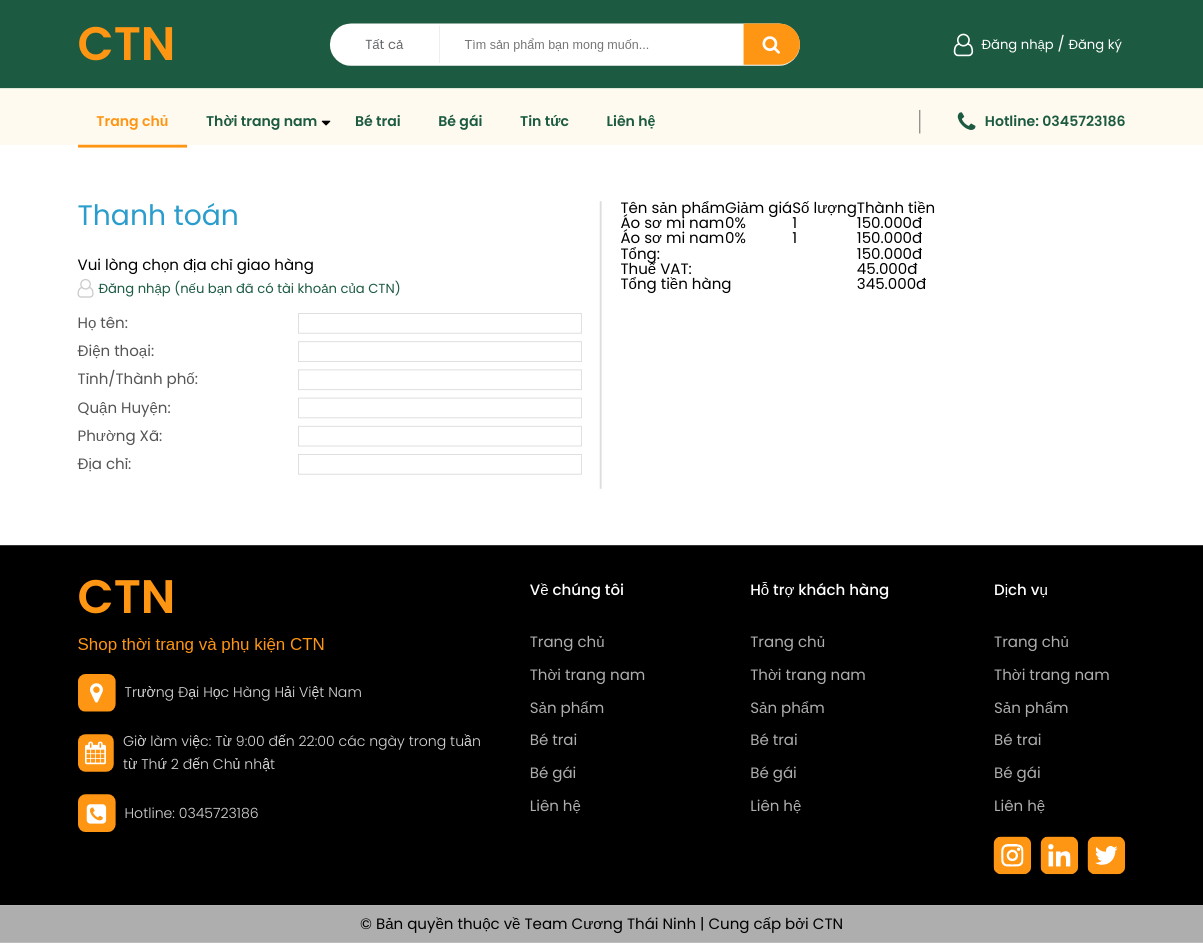
Repository: cuongchua2k2/BaiTapLon-web
Page: deliver.html
These files come from the project's save history. The page is drawn as it stood at one moment and after the next save; the edit follows.
The browser window is 1280 px wide. The pictures show the whole page, at 94% of full size.

Above is the page before, as saved 2023-12-23 14:38:43.
Console error: TypeError: Cannot read properties of null (reading 'style')

After the next save:
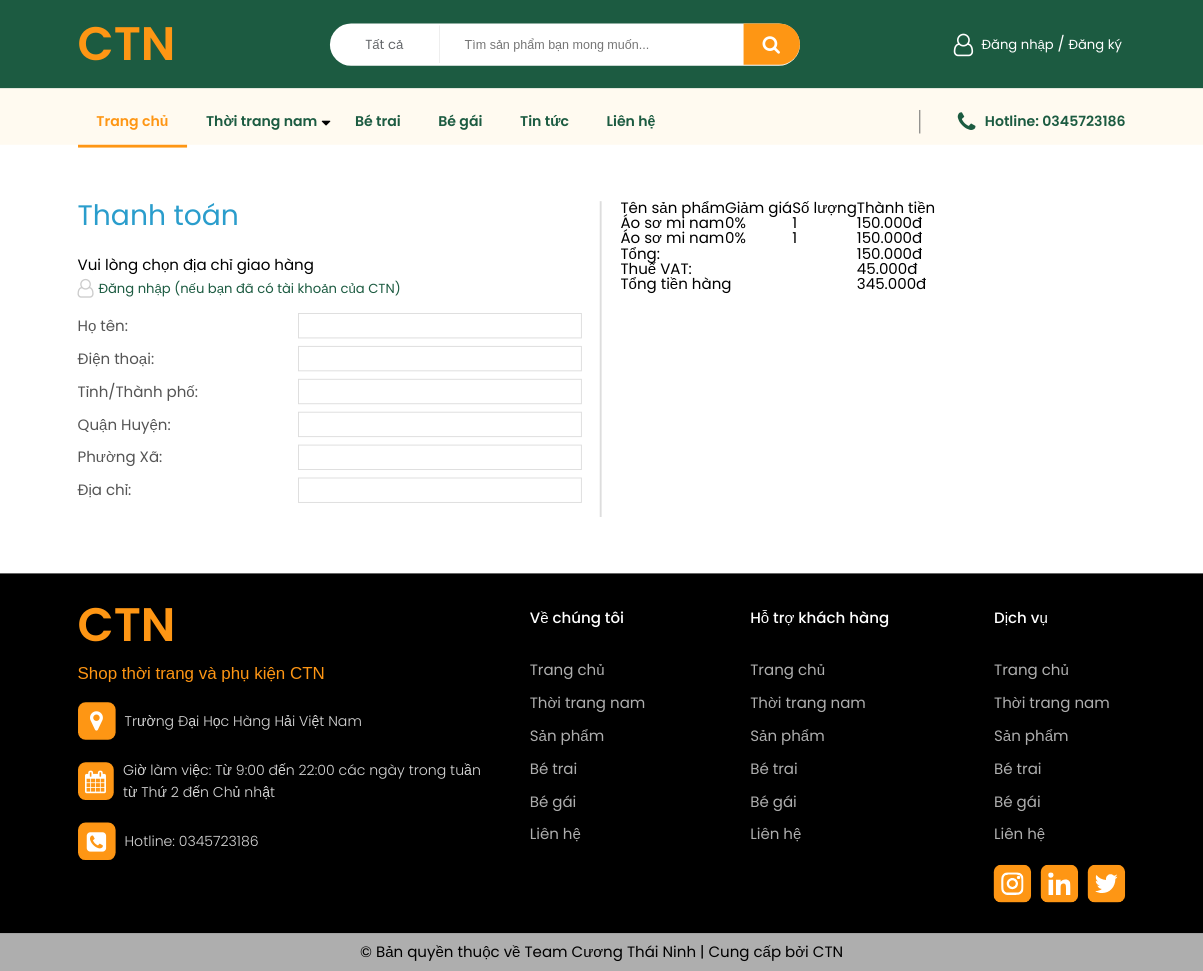
Saved 44 s later.
--- a/assets/css/style.css
+++ b/assets/css/style.css
@@ -847,7 +847,7 @@ label {
 }
 
 .delivery__address__item input {
-  height: 20px;
+  height: 25px;
   width: 300px;
   border: none;
   outline: 1px solid #dddddd;
